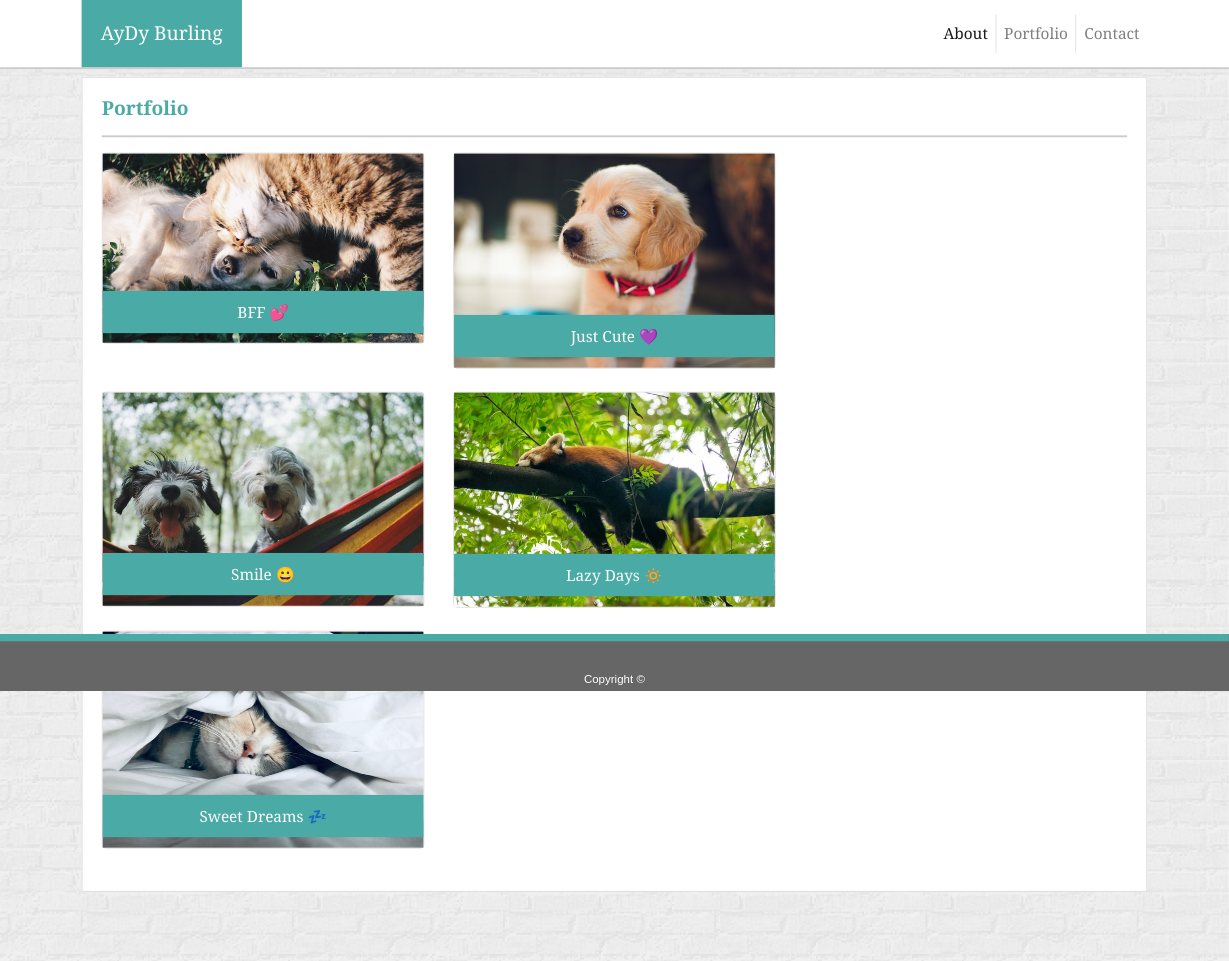
Repository: Dee1985/AyDy-Burling-prework
Page: Module-1_Assessment/portfolio.html
These files come from the project's save history. The page is drawn as it stood at one moment and after the next save; the edit follows.
The browser window is 1280 px wide. The pictures show the whole page, at 96% of full size.

Above is the page before, as saved 2020-05-22 22:51:59.

After the next save:
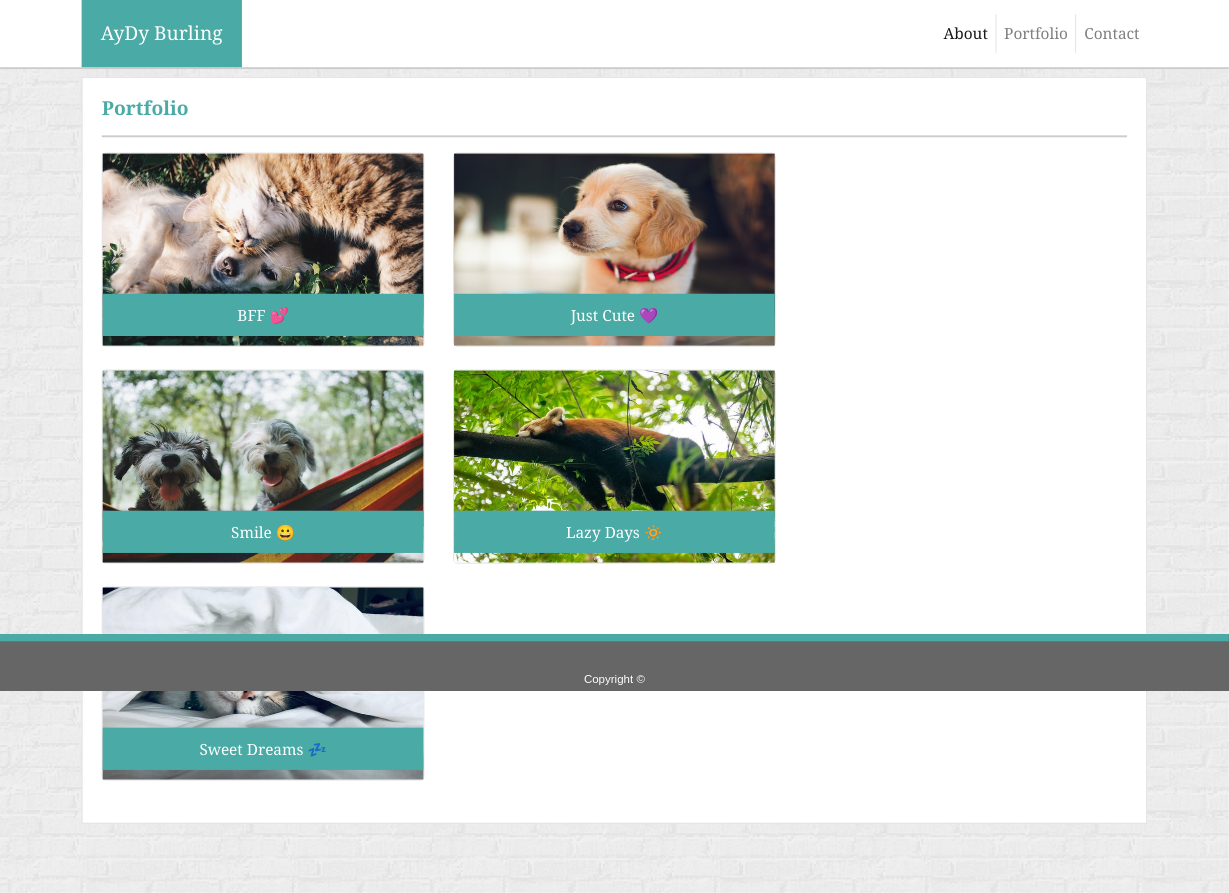
Saved 68 s later.
--- a/Module-1_Assessment/portfolio.html
+++ b/Module-1_Assessment/portfolio.html
@@ -58,7 +58,7 @@
               <!-- first card -->
                 <div class="col-lg-4 mb-4">
                             <div class="card text-white">
-                                <img src="assets/img/krista-mangulsone-9gz3wfHr65U-unsplash.jpg" width="100%" height="10%" alt="cat and dog cuddles">
+                                <img src="assets/img/krista-mangulsone-9gz3wfHr65U-unsplash.jpg" width="100%" height="200" alt="cat and dog cuddles">
                                 <div class="card-heading text-center">
                                     BFF 💕
                                 </div>
@@ -67,7 +67,7 @@
                <!-- second card -->
                 <div class="col-lg-4 mb-4">
                             <div class="card text-white">
-                                <img src="assets/img/berkay-gumustekin-ngqyo2AYYnE-unsplash.jpg" width="100%" height="10%" alt="puppy pic">
+                                <img src="assets/img/berkay-gumustekin-ngqyo2AYYnE-unsplash.jpg" width="100%" height="200" alt="puppy pic">
                                 <div class="card-heading text-center">
                                     Just Cute 💜
                                 </div>
@@ -75,10 +75,10 @@
                   </div>
             </div>
                <!-- third card -->
-               <div class="row">
-    <div class="col-lg-4 mb-4">
+            <div class="row">
+              <div class="col-lg-4 mb-4">
                             <div class="card text-white">
-                                <img src="assets/img/alvan-nee-FHl79chXS6s-unsplash.jpg" width="100%" height="60%" alt="two dogs smiling">
+                                <img src="assets/img/alvan-nee-FHl79chXS6s-unsplash.jpg" width="100%" height="200px" alt="two dogs smiling">
                                 <div class="card-heading text-center">
                                     Smile 😀
                                 </div>
@@ -87,7 +87,7 @@
                <!-- fourth card -->
                    <div class="col-lg-4 mb-4">
                             <div class="card text-white">
-                                <img src="assets/img/chris-curry-GYpsSWHslHA-unsplash.jpg" width="100%" height="60%" alt="animal sleeping on branch">
+                                <img src="assets/img/chris-curry-GYpsSWHslHA-unsplash.jpg" width="100%" height="200px" alt="animal sleeping on branch">
                                 <div class="card-heading text-center">
                                     Lazy Days 🔅
                                 </div>
@@ -98,7 +98,7 @@
                <div class="row justify-content-start">
                    <div class="col-lg-4 mb-4">
                             <div class="card text-white">
-                                <img src="assets/img/kate-stone-matheson-uy5t-CJuIK4-unsplash.jpg" width="100%" height="60%" alt="cat under a blanket">
+                                <img src="assets/img/kate-stone-matheson-uy5t-CJuIK4-unsplash.jpg" width="100%" height="200px" alt="cat under a blanket">
                                 <div class="card-heading text-center">
                                     Sweet Dreams 💤
                                 </div>
